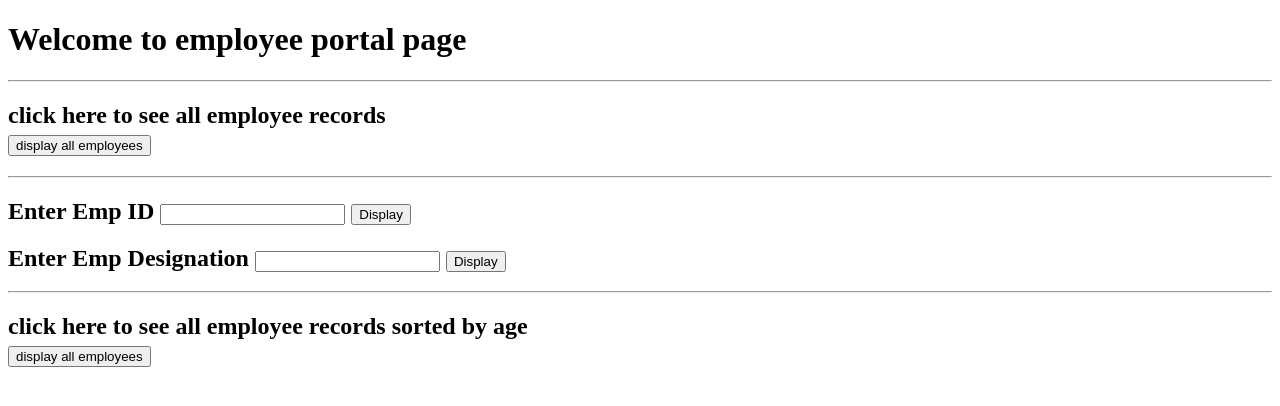
Repository: sushmasetti/Angular1
Page: http://localhost/dbDemo/welcome.jsp
An editor plug-in stored every save of this project. The page is shown before and after the next save, followed by the edit.
The browser window is 1280 px wide. The pictures show the whole page.
The page is served by Tomcat 9.

Above is the page before, as saved 2019-08-17 18:30:59.

After the next save:
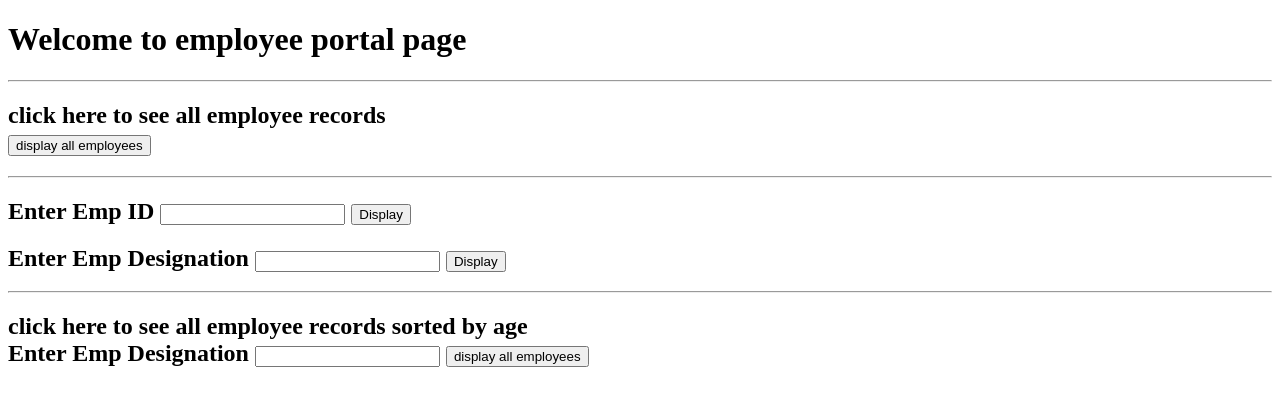
Saved 2 min 6 s later.
--- a/Spring/dbDemo/src/main/webapp/welcome.jsp
+++ b/Spring/dbDemo/src/main/webapp/welcome.jsp
@@ -33,6 +33,7 @@ Enter Emp Designation <input type="text" name="designation">
 <form action="displayByAge" method="post">
 <h2>
 click here to see all employee records sorted by age <br>
+Enter Emp Designation <input type="text" name="designation">
 <input type="submit" name="submit" value="display all employees">
 </h2>
 </form>
